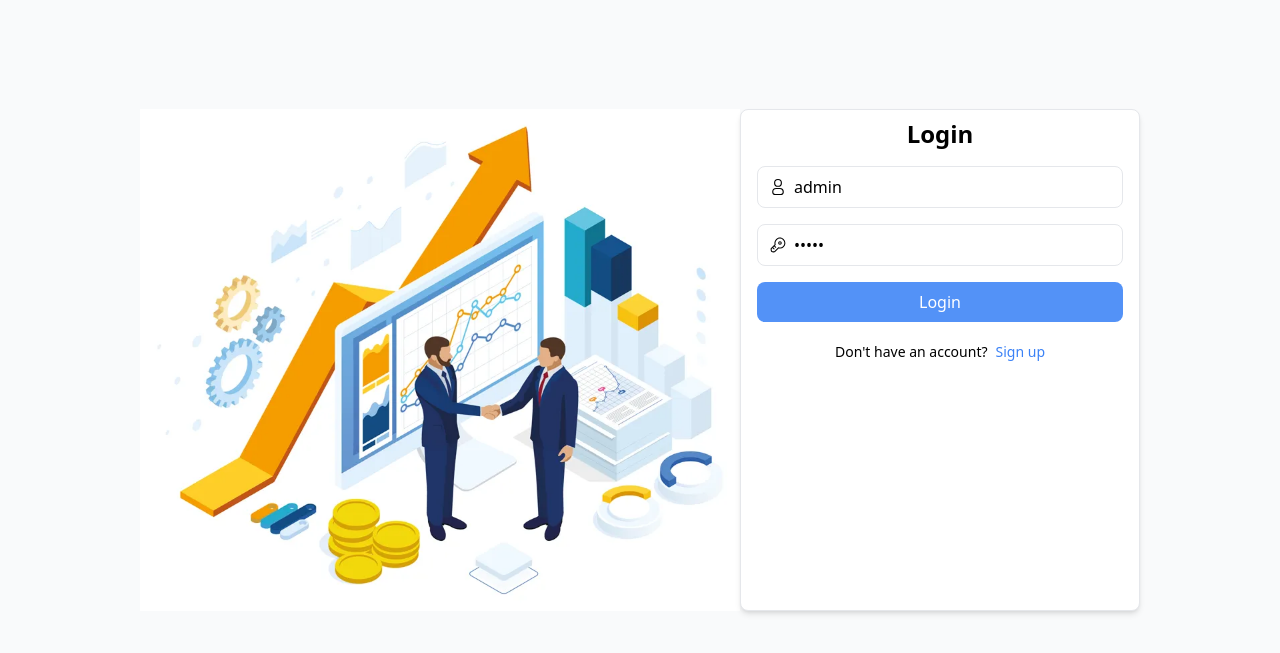
Repository: Fortivera/yourestate
Page: /
These files come from the project's save history. The page is drawn as it stood at one moment and after the next save; the edit follows.
The browser window is 1280 px wide. The pictures show the whole page.
The project was rebuilt for these pictures with package versions that can differ from the ones it lists, and the page was loaded fresh each time. The framework's server and built-in components were replaced by stand-ins that run in the browser. Also part of the build but not shown: next.config.js.

Above is the page before, as saved 2023-11-02 14:36:35.

### src/app/layout.tsx
import './globals.css'



export const metadata = {
  title: 'Home',
  description: "great explanation of something",
}

export default function RootLayout({ children }: { children: React.ReactNode }) {
  return (
    <html lang="en">
      <body>
        {children}
      </body>
    </html>
  );
}

### src/app/page.tsx
import Link from "next/link"
import Image from "next/image"
import SvgNewUser from "public/static/SvgNewUser"
import SvgPassword from "public/static/SvgPassword"

export default function Login() {
  return (
    <div className="min-h-screen bg-gray-50 flex items-center justify-center">
      <div className="flex justify-center items-center w-full px-4 py-10 tablet:w-[540px] ">
        <div className="flex laptop:flex-row tablet:flex-col mobile:flex-col">
          <figure className="w-[600px]  ">
            <Image src="/static/growth.jpg" alt="login page picture" layout="responsive" width={500} height={700} className={""} />
          </figure>
          <div className="w-[400px] px-4 pb-8 pt-2 bg-white border rounded-lg shadow-md">
            <h1 className="text-2xl font-semibold text-center mb-4">Login</h1>

            <div className="mb-4 relative">
              <label className="text-sm" htmlFor="Name">
                <SvgNewUser width={18} height={18} className={"absolute left-3 top-3"} />
              </label>
              <input defaultValue="admin" id="Name" type="text" name="Name" placeholder="Username" autoComplete="given-name" required className="block w-full border rounded-lg py-2 pl-9 mt-1 focus:ring focus:ring-blue-300" />
            </div>

            <div className="mb-4 relative">
              <label className="text-sm" htmlFor="Password">
                <SvgPassword width={18} height={18} className={"absolute left-3 top-3"} />
              </label>
              <input defaultValue="admin" id="Password" type="password" name="Password" placeholder="Password" required className="block w-full border rounded-lg py-2 pl-9 mt-1 focus:ring focus:ring-blue-300" />
            </div>

            <button type="button" aria-label="Sign-in button" className="bg-[#5392f7] text-white rounded-lg w-full py-2 mb-4 hover:bg-[#3b83f6]">
              <Link href="/dashboard">Login</Link>
            </button>
            <div className="flex text-sm justify-center">
              <div className="p-1">Don't have an account?</div>
              <Link href="/user" className="text-blue-500 hover:underline p-1">
                Sign up
              </Link>
            </div>
          </div>
        </div>
      </div>
    </div>
  )
}

### src/app/globals.css

@import url('https://fonts.googleapis.com/css2?family=Lora:ital,wght@0,400;0,500;0,600;1,400;1,500;1,600&family=Montserrat:ital,wght@0,300;0,400;0,500;0,600;1,300;1,400;1,500;1,600&family=Poppins:ital,wght@0,300;0,400;0,500;0,600;0,700;0,800;0,900;1,300;1,400;1,500;1,600;1,700;1,800;1,900&family=Noto+Sans:ital,wght@0,300;0,400;0,500;0,600;0,700;0,800;0,900;1,300;1,400;1,500;1,600;1,700;1,800;1,900&display=swap');

@tailwind base;
@tailwind components;
@tailwind utilities;

.navbarDark{
  background-color:rgb(45 48 56 );
  color: #ddd;
}
.navbarLight {
  background-color: rgb(59 130 246 / 0.5);
  color: black;
}
.propertyListLight {
  background-color: rgb(249 250 251);
  color: black;
  border-color: rgb(229 231 235);
  }
.propertyListDark {
  background-color:rgb(45 48 56 / 0.95);
  color: #ddd;

}
.searchbarLight {
  background-color: rgb(248 250 252);
  color: black;

}
.searchbarDark {
  background-color:rgb(100 116 139 / 0.6);
  color: #ddd;
}
.propertyLight {
  background-color: rgb(249 250 251);
  color: black;

}
.propertyDark {
  background-color:rgb(45 48 56 / 0.95);
  color: #ddd;
}

### public/static/SvgNewUser.tsx
import * as React from "react"
import { SVGProps } from "react"
const SvgNewUser = (props: SVGProps<SVGSVGElement>) => (
  <svg
    xmlns="http://www.w3.org/2000/svg"
    width={800}
    height={800}
    fill="none"
    viewBox="0 0 24 24"
    {...props}
  >
    <g fill="#000" fillRule="evenodd" clipRule="evenodd">
      <path d="M12 2.75a3.75 3.75 0 1 0 0 7.5 3.75 3.75 0 0 0 0-7.5ZM6.75 6.5a5.25 5.25 0 1 1 10.5 0 5.25 5.25 0 0 1-10.5 0ZM4.25 18.571a5.321 5.321 0 0 1 5.321-5.321h4.858a5.321 5.321 0 0 1 5.321 5.321 4.179 4.179 0 0 1-4.179 4.179H8.43a4.179 4.179 0 0 1-4.179-4.179Zm5.321-3.821a3.821 3.821 0 0 0-3.821 3.821c0 1.48 1.2 2.679 2.679 2.679h7.142c1.48 0 2.679-1.2 2.679-2.679 0-2.11-1.71-3.821-3.821-3.821H9.57Z" />
    </g>
  </svg>
)
export default SvgNewUser

### public/static/SvgPassword.tsx
import * as React from "react"
import { SVGProps } from "react"
const SvgPassword = (props: SVGProps<SVGSVGElement>) => (
    <svg
        xmlns="http://www.w3.org/2000/svg"
        width={800}
        height={800}
        fill="none"
        viewBox="0 0 24 24"
        {...props}
    >
        <g fill="#000" fillRule="evenodd" clipRule="evenodd">
            <path d="M4.51 14.999a.689.689 0 0 1 .975 0l1.75 1.749a.689.689 0 0 1-.975.974l-1.75-1.75a.689.689 0 0 1 0-.973ZM6.698 12.812a.689.689 0 0 1 .974 0l1.749 1.75a.689.689 0 0 1-.974.974l-1.75-1.75a.689.689 0 0 1 0-.974Z" />
            <path d="M18.752 5.232c-2.32-2.313-6.075-2.312-8.386 0h-.001c-1.612 1.604-2.1 3.915-1.472 5.958.075.243.009.509-.172.69L3.74 16.86a.975.975 0 0 0-.184.341.912.912 0 0 0-.055.38l.001.006.262 1.901a.912.912 0 0 0 .262.474.857.857 0 0 0 .462.256l1.913.263c.08.012.223.003.385-.05a.838.838 0 0 0 .324-.177l.008-.007 4.995-4.986a.688.688 0 0 1 .692-.17c2.028.634 4.34.14 5.956-1.466a5.94 5.94 0 0 0-.009-8.393Zm-9.36-.975c2.85-2.85 7.475-2.848 10.332 0 2.86 2.849 2.86 7.493.01 10.342l-.001.002A7.316 7.316 0 0 1 12.8 16.52l-4.707 4.698a2.19 2.19 0 0 1-.883.523c-.309.1-.668.152-1.006.104h-.003L4.3 21.582c-.491-.069-.928-.326-1.25-.65a2.279 2.279 0 0 1-.649-1.24l-.001-.01-.262-1.902v-.003a2.26 2.26 0 0 1 .111-1.012c.102-.305.27-.625.505-.868l.007-.007 4.703-4.702c-.591-2.404.043-5.056 1.928-6.932Z" />
            <path d="M14.62 8.302a1.06 1.06 0 1 0 0 2.121 1.06 1.06 0 0 0 0-2.121Zm-2.438 1.06a2.438 2.438 0 1 1 4.876 0 2.438 2.438 0 0 1-4.877 0Z" />
        </g>
    </svg>
)
export default SvgPassword

### tailwind.config.js
/* eslint-disable prettier/prettier */
/** @type {import('tailwindcss').Config} */
module.exports = {
  content: [
    "./app/**/*.{js,ts,jsx,tsx}",
    "./pages/**/*.{js,ts,jsx,tsx}",
    "./components/**/*.{js,ts,jsx,tsx}",

    // Or if using `src` directory:
    "./src/**/*.{js,ts,jsx,tsx}",
  ],
  theme: {
    extend: {
      fontFamily: {
        Poppins: ["Poppins", "sans-serif"],
        Montserrat: ["Montserrat", "sans-serif"],
        Lora: ["Lora", "sans-serif"],
        Noto: ["Noto Sans", "sans-serif"],
      },
      screens: {
        'mobile': "320px",
        'tablet': "481px",
        'laptop': "769px",
       ' desktop': "1025px",
      },


    },
    plugins: [],
  },
}

After the next save:
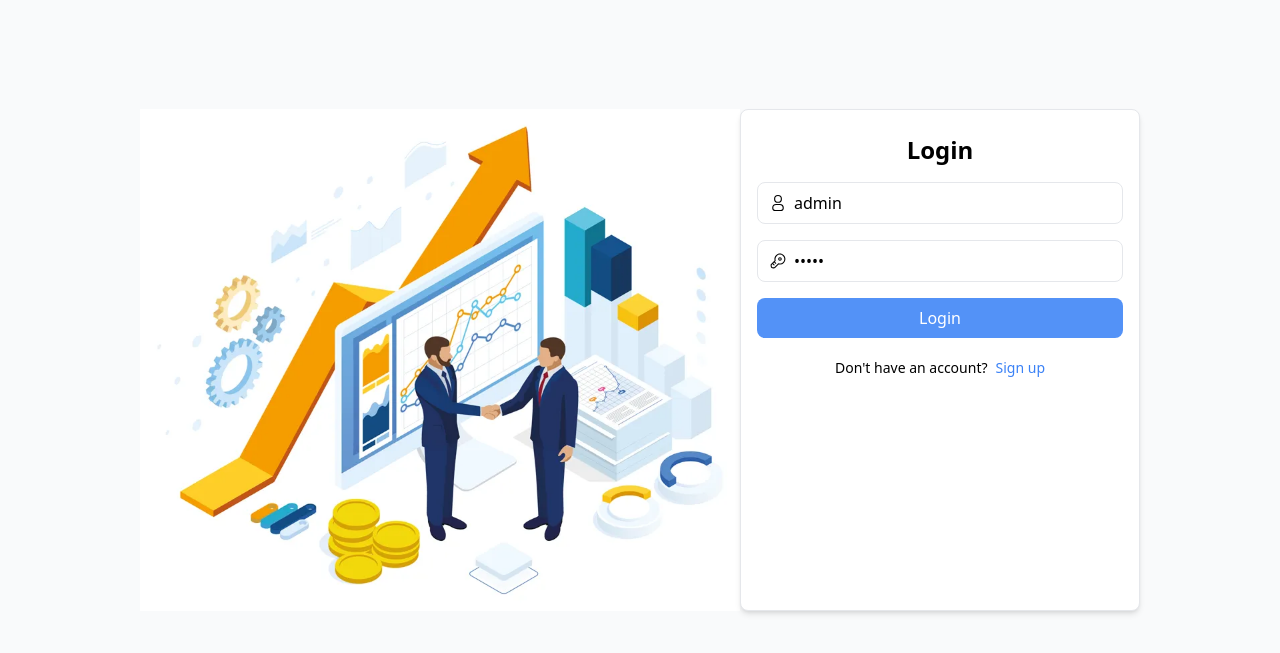
Saved 77 s later.
--- a/src/app/page.tsx
+++ b/src/app/page.tsx
@@ -11,7 +11,7 @@ export default function Login() {
           <figure className="w-[600px]  ">
             <Image src="/static/growth.jpg" alt="login page picture" layout="responsive" width={500} height={700} className={""} />
           </figure>
-          <div className="w-[400px] px-4 pb-8 pt-2 bg-white border rounded-lg shadow-md">
+          <div className="w-[400px] px-4 pb-8 pt-6 bg-white border rounded-lg shadow-md">
             <h1 className="text-2xl font-semibold text-center mb-4">Login</h1>
 
             <div className="mb-4 relative">
